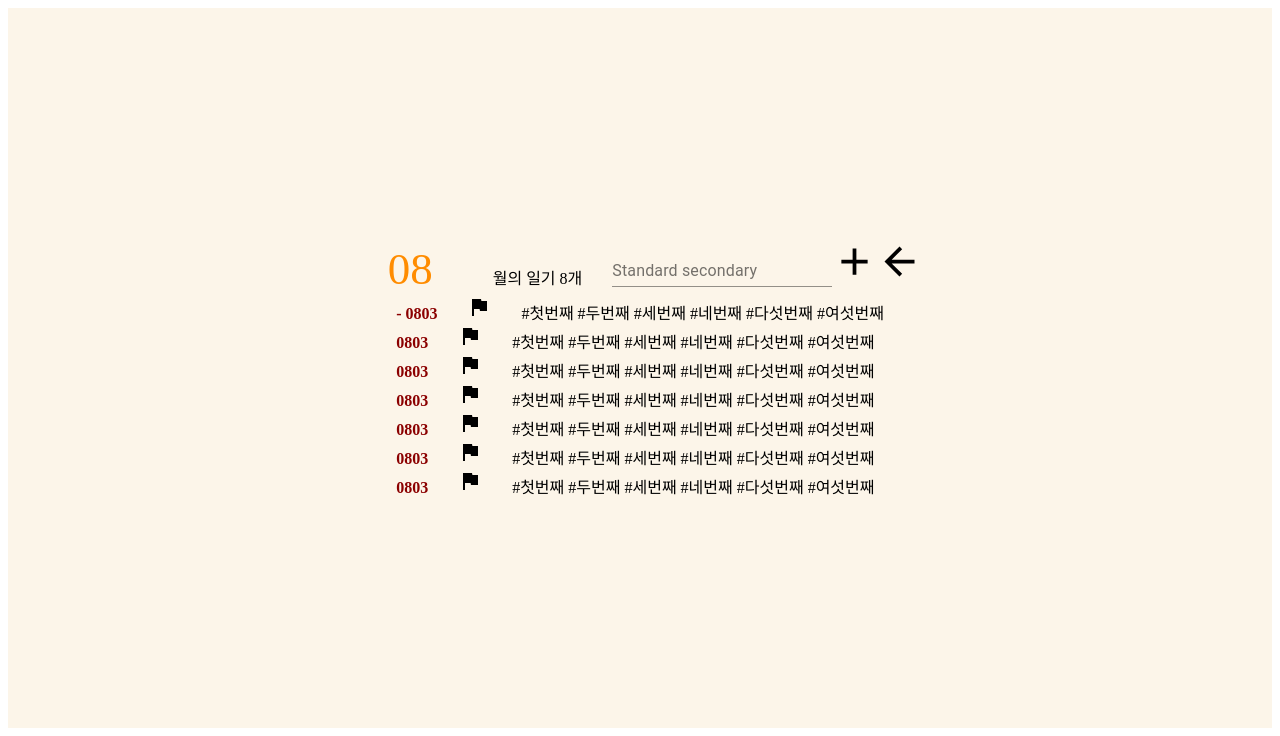
Repository: IMHANA/diary
Page: /list
These files come from the project's save history. The page is drawn as it stood at one moment and after the next save; the edit follows.
The browser window is 1280 px wide. The pictures show the whole page.
The project was rebuilt for these pictures with package versions that can differ from the ones it lists, and the page was loaded fresh each time. Also part of the build but not shown: src/App.css, src/pages/Main/main.js, src/pages/Month/month.js.

Above is the page before, as saved 2021-08-05 17:34:37.

### src/App.js
import './App.css';
import React, { Component } from 'react'
import MainTemplates from './components/MainTemplates';

class App extends Component {
  render() {
    console.log('메인을 불러온다!')
    return (
      <div>
        <MainTemplates/>
      </div>
    )
  }
}

export default App;

### src/components/MainTemplates.js
import React, { Component } from 'react'
import Main from '../pages/Main/main';
import Month from '../pages/Month/month';
import DayList from '../pages/DayList/dayList';
import { BrowserRouter as Router, Route, Switch, Link} from 'react-router-dom';

export default class MainTemplates extends Component {
    render() {
        return (
            <Router>
                <Switch>
                    <Route exact path='/' component={Main}/>
                    <Route path='/monthly' component={ Month }/>
                    <Route path='/list' component={ DayList} />
                </Switch>
            </Router>
        )
    }
}

### src/pages/DayList/dayList.js
import React, { Component } from 'react';
import { Add, ArrowBack , Flag} from '@material-ui/icons'
import TextField from '@material-ui/core/TextField';
import '../DayList/dayList.css';

export default class dayList extends Component {
    render() {
        return (
            <div id='container'>
                <div id='sub_box'>
                    <div>
                        <span id='month'>08</span><span>월의 일기 8개</span>
                        <TextField id="standard-secondary" label="Standard secondary" color="secondary" />
                        <Add style={{fontSize: '45px'}}/>
                        <ArrowBack style={{fontSize: '45px'}} />
                    </div>
                    <div id='title'

                    ></div>
                    <div>
                        <div className='list_box'>
                            <span className='date'>- 0803</span>
                            <Flag/>
                            <span>#첫번째 #두번째 #세번째 #네번째 #다섯번째 #여섯번째</span>
                        </div>
                        <div>
                            <span className='date'>0803</span>
                            <Flag/>
                            <span>#첫번째 #두번째 #세번째 #네번째 #다섯번째 #여섯번째</span>
                        </div>
                        <div>
                            <span className='date'>0803</span>
                            <Flag/>
                            <span>#첫번째 #두번째 #세번째 #네번째 #다섯번째 #여섯번째</span>
                        </div>
                        <div>
                            <span className='date'>0803</span>
                            <Flag/>
                            <span>#첫번째 #두번째 #세번째 #네번째 #다섯번째 #여섯번째</span>
                        </div>
                        <div>
                            <span className='date'>0803</span>
                            <Flag/>
                            <span>#첫번째 #두번째 #세번째 #네번째 #다섯번째 #여섯번째</span>
                        </div>
                        <div>
                            <span className='date'>0803</span>
                            <Flag/>
                            <span>#첫번째 #두번째 #세번째 #네번째 #다섯번째 #여섯번째</span>
                        </div>
                        <div>
                            <span className='date'>0803</span>
                            <Flag/>
                            <span>#첫번째 #두번째 #세번째 #네번째 #다섯번째 #여섯번째</span>
                        </div>
                    </div>
                    <div>

                    </div>
                </div>
            </div>
        )
    }
}

### src/pages/Main/main.css
#container {
    display: flex;
    flex-direction:column;

    height: 100vh;

    justify-content: center;
    align-items: center;
    background-color:rgb(252, 245, 233);
}

input[placeholder] {
    text-align: center;
    width: 150px;
    height: 35px;
    margin-bottom: 10px;
}

#login_btn, #sign_up_btn {
    width: 50px;
    height: 50px;
    border-radius: 50%;
    outline: none;
    border: none;
}

#btn_box {
    display: flex;
    justify-content: space-around;
    width: 150px;

}

#login_btn {
    background-color: rgb(255, 182, 45);
    margin-left: 50px;
}
#sign_up_btn {
    background-color: rgb(55, 137, 139);
}

#login_btn:hover {
    cursor: pointer;
    background-color: rgb(218, 153, 35);
}
#sign_up_btn:hover {
    cursor: pointer;
    background-color: rgb(51, 123, 124);
}

### src/pages/Month/month.css
#container {
    margin: 0;
    display: flex;
    flex-direction: column;
    justify-content: center;
    align-items: center;
}

.month_box_container {
    display: flex;
    width: 990px;
    height: 150px;
}
.month_box_container .calendar-item {
    /* display: inline-block; */
    border: 1px solid rgb(243, 243, 243);
    flex:1;
    padding-top: 10px;
    padding-left: 15px;
}

.month_box_container .calendar-item span.title{
    font-size: 40px;
    color:darkgrey;
    cursor: pointer;
    /* margin-top: 10px;
    margin-bottom: 10px; */
}

.month_box_container .calendar-item span.title:hover{
    color:rgb(252, 169, 76);
}

/* .first-floor span.title{
    color: red;
    height: 40px;
} */

#year_row {
    margin-top: 50px;
}

#year_row span {
    padding: 0 15px 0 15px;
}

### src/pages/DayList/dayList.css
#container {
    display: flex;
    flex-direction: column;
    justify-content: center;
    align-items: center;
    height: 100vh;

}

#month {
    color:darkorange;
    font-size: 45px;
}

#sub_box {
    display: flex;
    flex-direction: column;
    justify-content: center;
    align-items: center;
    height: 100vh;
    width: 1000px;
    height: auto;
}
span {
    padding: 30px;
}

.date {
    font-weight: bolder;
    color:darkred;
}

Loaded but not shown: public/index.html (common file); src/index.js (common file)

After the next save:
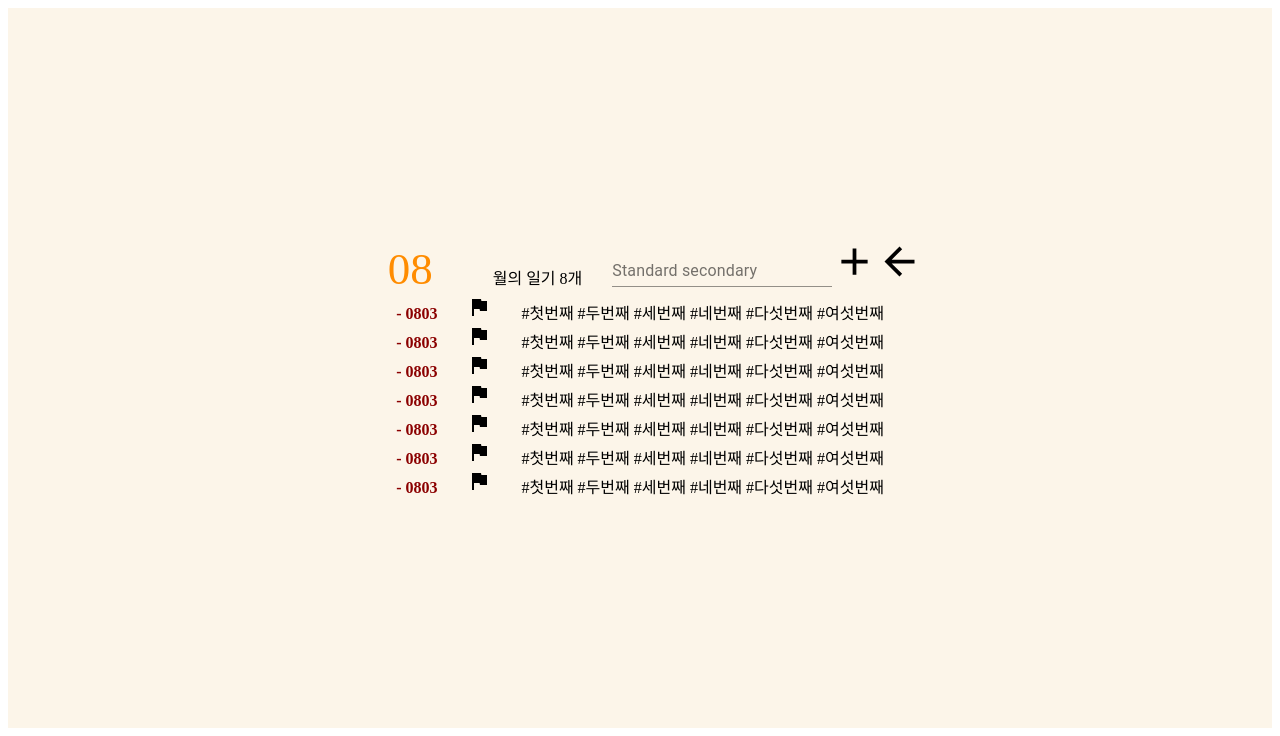
Saved 23 s later.
--- a/src/pages/DayList/dayList.js
+++ b/src/pages/DayList/dayList.js
@@ -24,32 +24,32 @@ export default class dayList extends Component {
                             <span>#첫번째 #두번째 #세번째 #네번째 #다섯번째 #여섯번째</span>
                         </div>
                         <div>
-                            <span className='date'>0803</span>
+                            <span className='date'>- 0803</span>
                             <Flag/>
                             <span>#첫번째 #두번째 #세번째 #네번째 #다섯번째 #여섯번째</span>
                         </div>
                         <div>
-                            <span className='date'>0803</span>
+                            <span className='date'>- 0803</span>
                             <Flag/>
                             <span>#첫번째 #두번째 #세번째 #네번째 #다섯번째 #여섯번째</span>
                         </div>
                         <div>
-                            <span className='date'>0803</span>
+                            <span className='date'>- 0803</span>
                             <Flag/>
                             <span>#첫번째 #두번째 #세번째 #네번째 #다섯번째 #여섯번째</span>
                         </div>
                         <div>
-                            <span className='date'>0803</span>
+                            <span className='date'>- 0803</span>
                             <Flag/>
                             <span>#첫번째 #두번째 #세번째 #네번째 #다섯번째 #여섯번째</span>
                         </div>
                         <div>
-                            <span className='date'>0803</span>
+                            <span className='date'>- 0803</span>
                             <Flag/>
                             <span>#첫번째 #두번째 #세번째 #네번째 #다섯번째 #여섯번째</span>
                         </div>
                         <div>
-                            <span className='date'>0803</span>
+                            <span className='date'>- 0803</span>
                             <Flag/>
                             <span>#첫번째 #두번째 #세번째 #네번째 #다섯번째 #여섯번째</span>
                         </div>
